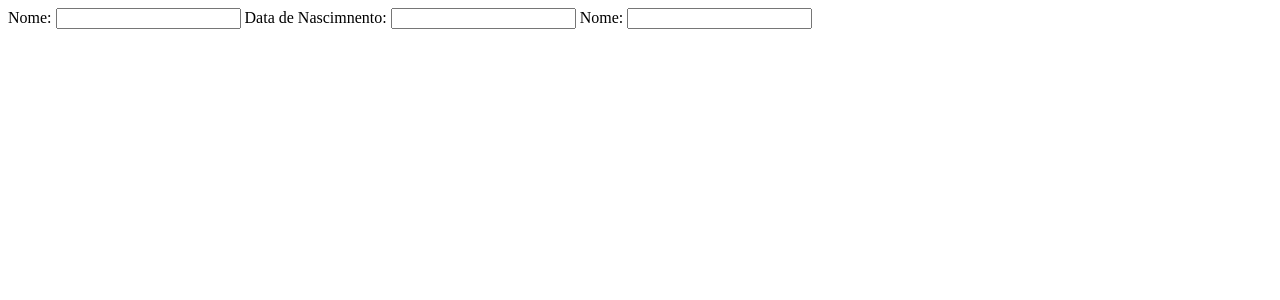
Repository: HigorRoc/Uninove_2021.1_AplicacaoWebQuarta
Page: usersManager/WebContent/formCadastro.html
These files come from the project's save history. The page is drawn as it stood at one moment and after the next save; the edit follows.
The browser window is 1280 px wide. The pictures show the whole page.

Above is the page before, as saved 2021-05-13 00:13:59.

After the next save:
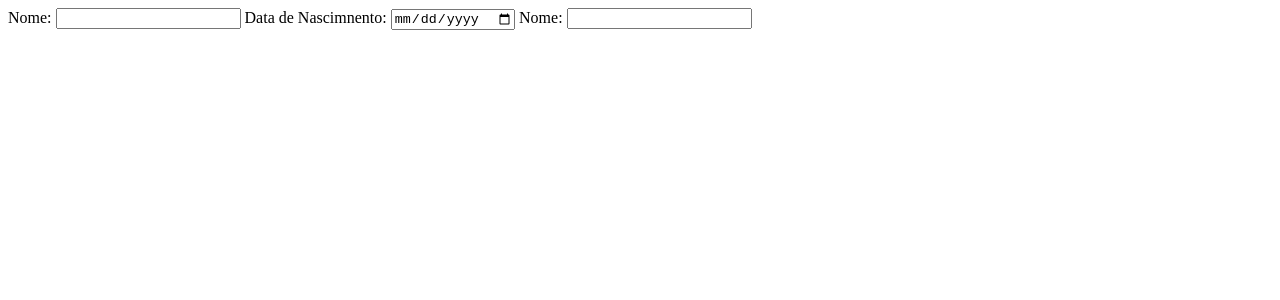
Saved 5 s later.
--- a/usersManager/WebContent/formCadastro.html
+++ b/usersManager/WebContent/formCadastro.html
@@ -7,7 +7,7 @@
 <body>
 	<form>
 		Nome: <input type="text" name="txtnome">
-		Data de Nascimnento: <input type="text" name="txtnome">
+		Data de Nascimnento: <input type="date" name="txtnome">
 		Nome: <input type=" name="txtnome">
 	</form>
 </body>
